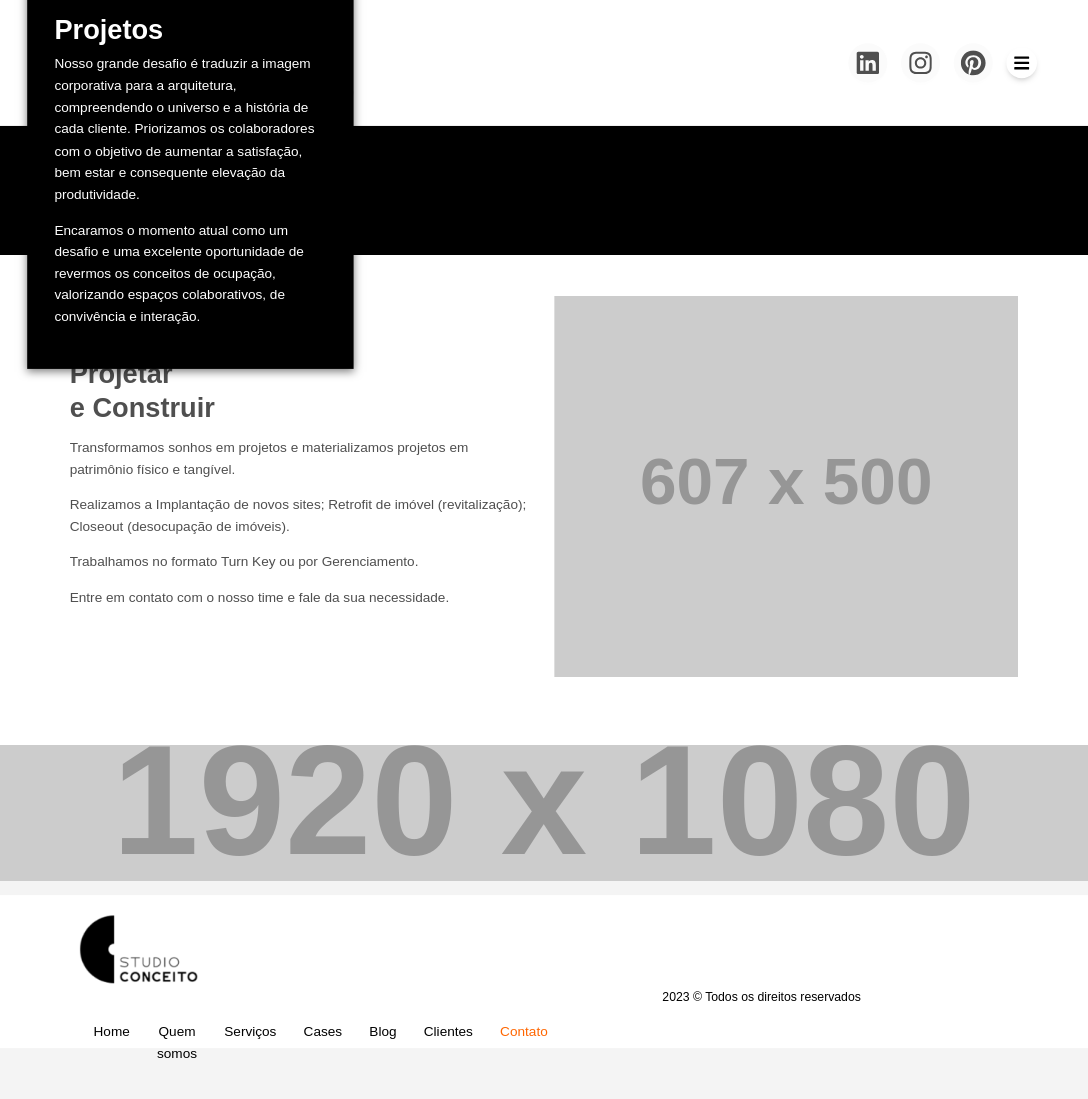
Repository: Upstairs-Agencia/studio-conceito-react
Page: /servicos
These files come from the project's save history. The page is drawn as it stood at one moment and after the next save; the edit follows.
The browser window is 1280 px wide. The pictures show the whole page, at 85% of full size.
The project was rebuilt for these pictures with package versions that can differ from the ones it lists, and the page was loaded fresh each time. Also part of the build but not shown: src/pages/Home.js, src/pages/QuemSomos.js, src/pages/Cases.js, src/pages/Blog.js, src/pages/Clientes.js, src/pages/Contato.js.

Above is the page before, as saved 2024-12-28 03:15:55.

After the next save:
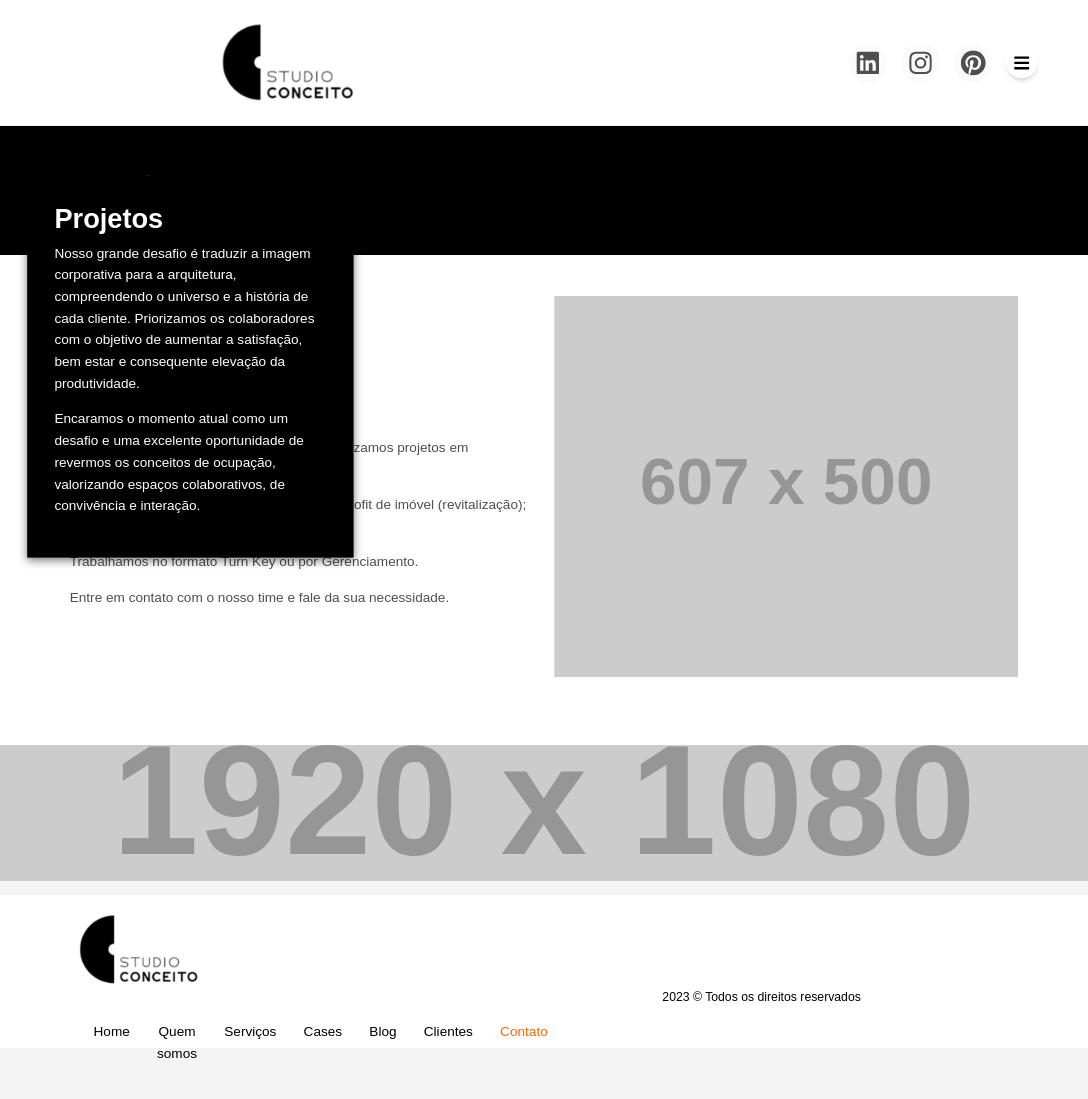
Saved 29 s later.
--- a/src/pages/Servicos.js
+++ b/src/pages/Servicos.js
@@ -66,7 +66,7 @@ const Servicos = () => {
               padding: "2rem",
               width: "30%",
               position: "absolute",
-              top: "-1rem", // Faz o retângulo subir sobre a imagem de fundo
+              bottom: "4rem", // Faz o retângulo subir sobre a imagem de fundo
               left: "2rem", // Margem à esquerda
               height: "auto", // Aumenta a altura com base no conteúdo
               boxShadow: "0px 4px 10px rgba(0, 0, 0, 0.5)", // Para criar um efeito de profundidade
